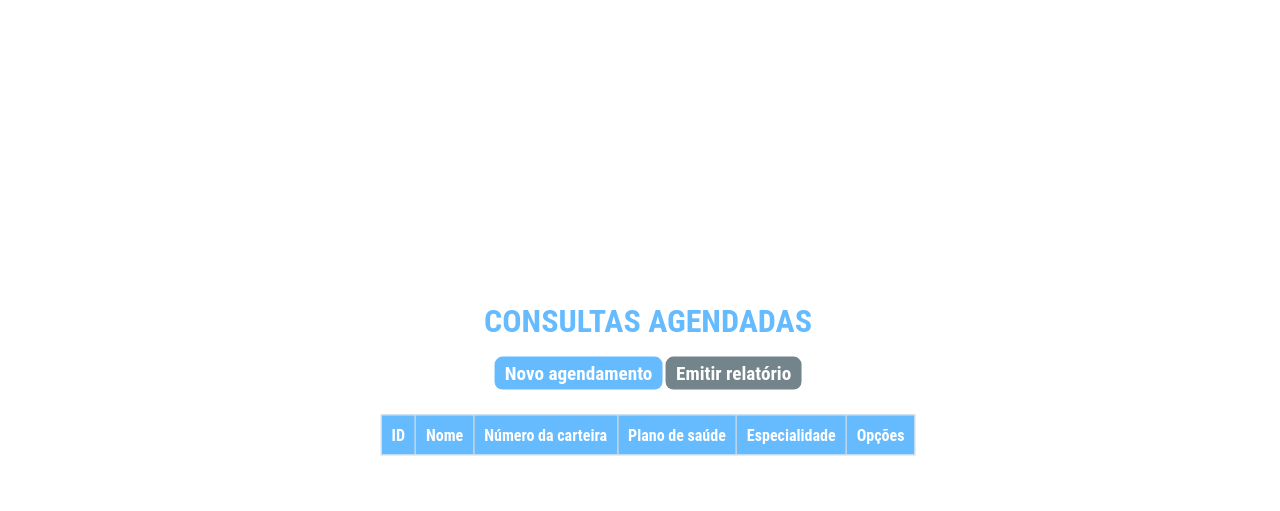
Repository: ohenriquesouza/HospitalCRUD-using-JavaEE
Page: http://localhost/JSP_test/main
These files come from the project's save history. The page is drawn as it stood at one moment and after the next save; the edit follows.
The browser window is 1280 px wide. The pictures show the whole page.
Some web fonts or font styles are not loaded; a fallback is used. The page is served by Tomcat 10. Queries for data that is not in the repository find no rows.

Above is the page before, as saved 2022-12-28 14:10:29.

After the next save:
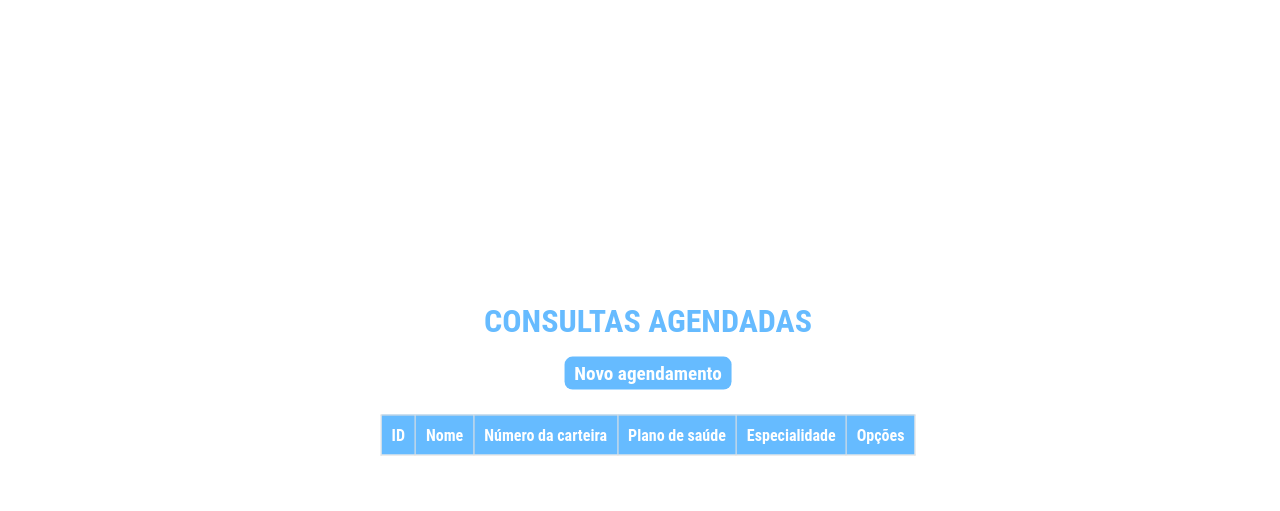
Saved 46 s later.
--- a/JSP_test/src/main/webapp/cadastro.jsp
+++ b/JSP_test/src/main/webapp/cadastro.jsp
@@ -15,8 +15,7 @@
 </head>
 <body>
 	<center><h1>CONSULTAS AGENDADAS</h1></center>
-	<center><a class="botao1" href="novaConsulta.html">Novo agendamento</a>
-	<a href="relatorio" class="botao3">Emitir relatório</a></center>
+	<center><a class="botao1" href="novaConsulta.html">Novo agendamento</a></center>
 	<table id="tabela">
 		<thead>
 			<tr>

After the save that followed:
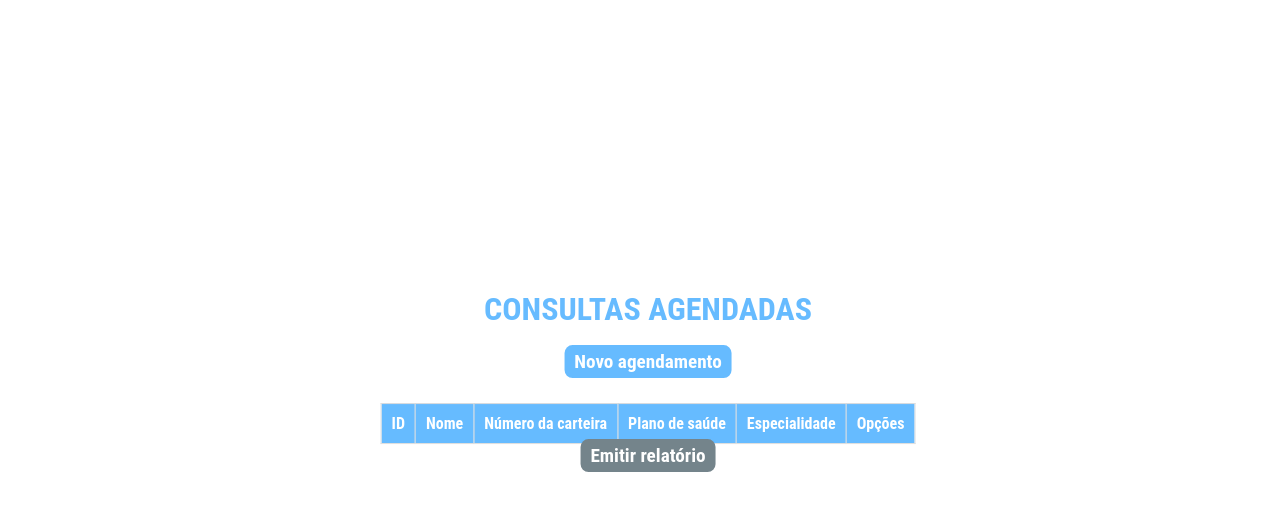
Saved 10 s later.
--- a/JSP_test/src/main/webapp/cadastro.jsp
+++ b/JSP_test/src/main/webapp/cadastro.jsp
@@ -44,6 +44,7 @@
 
 
 	</table>
+	<center><a href="relatorio" class="botao3">Emitir relatório</a></center>
 	<script src="scripts/confirmacao.js"></script>
 </body>
 </html>
